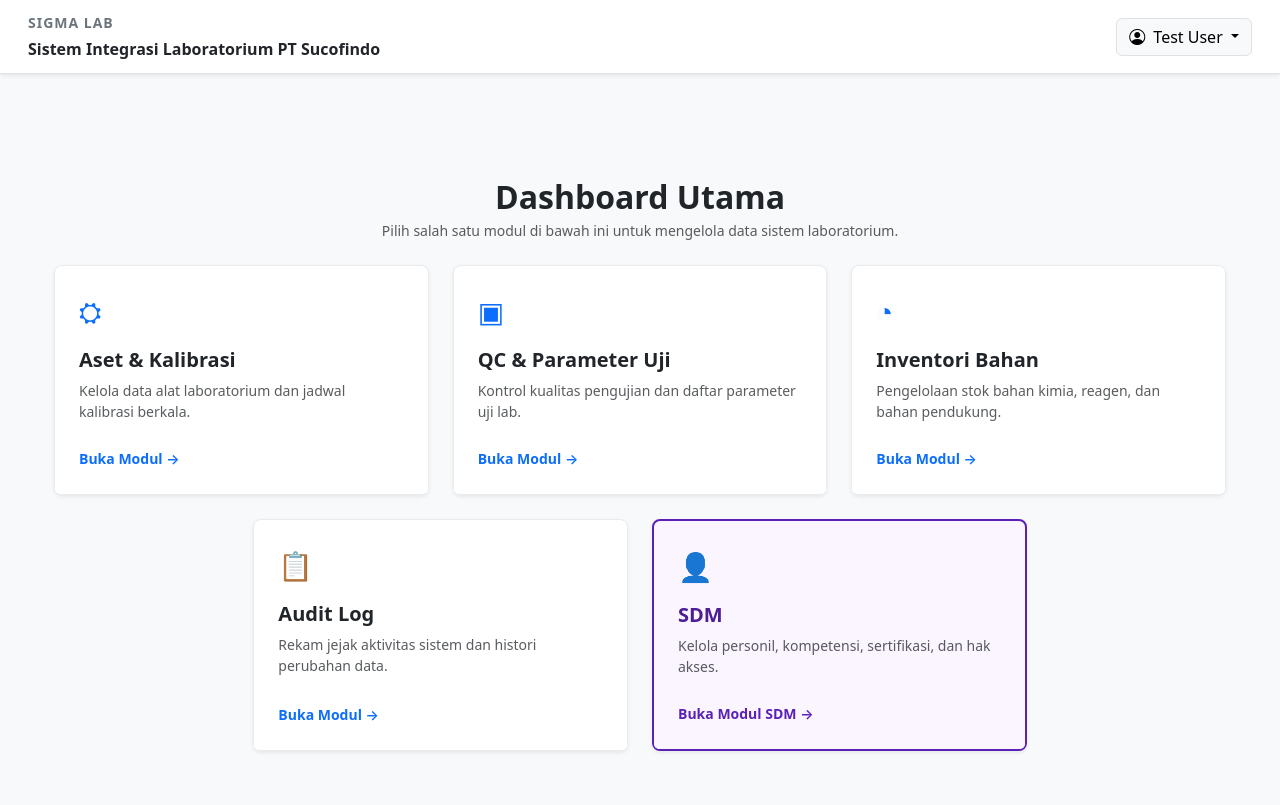
Repository: amelianeesa/sigmalab
Page: http://localhost/dashboard
These files come from the project's save history. The page is drawn as it stood at one moment and after the next save; the edit follows.
The browser window is 1280 px wide. The pictures show the whole page.
The page is served by the project's Laravel application, run on PHP 8.4 with Laravel 12. A made-up administrator, Test User (test@example.com), is signed in.

Above is the page before, as saved 2026-08-06 11:53:02.

After the next save:
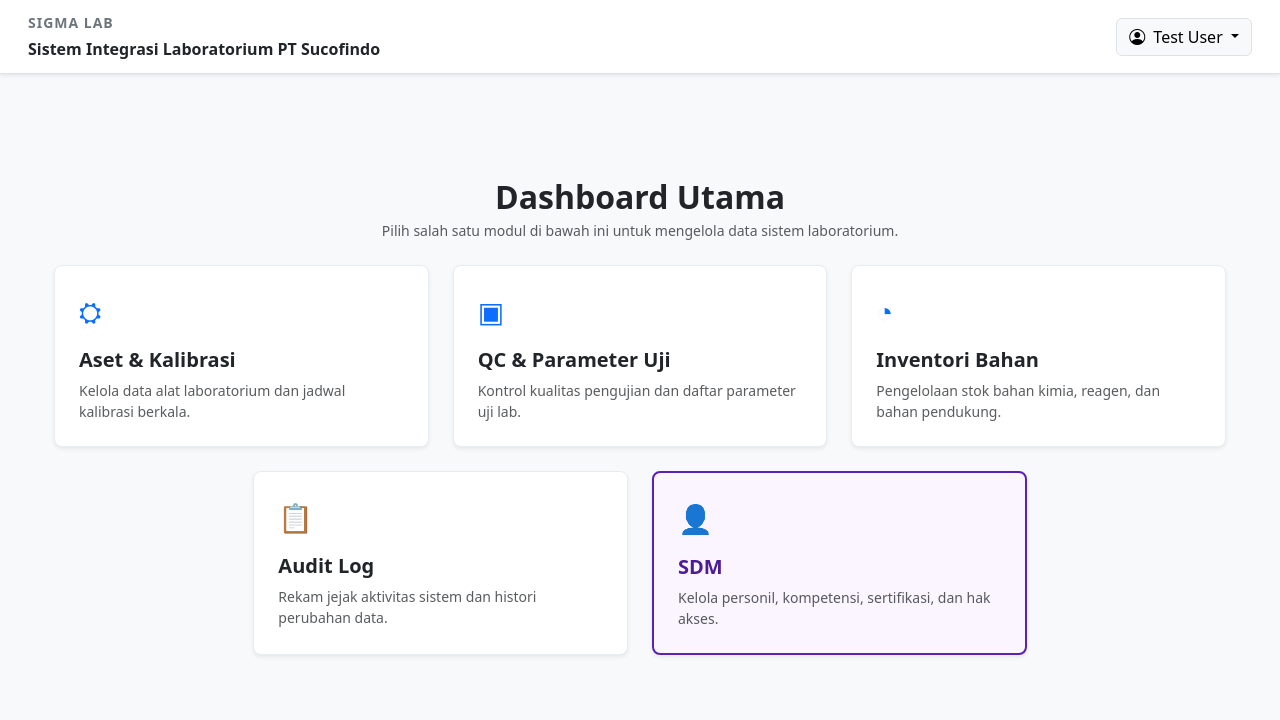
Saved 47 s later.
--- a/resources/views/dashboard-index.blade.php
+++ b/resources/views/dashboard-index.blade.php
@@ -3,13 +3,13 @@
 @section('content')
 <div class="container-fluid px-4 py-4">
 
-    <!-- Header opsional jika ingin disamakan -->
+    <!-- Header opsional -->
     <div class="mb-4 text-center">
         <h2 class="fw-bold mb-1">Dashboard Utama</h2>
         <p class="text-muted small">Pilih salah satu modul di bawah ini untuk mengelola data sistem laboratorium.</p>
     </div>
 
-    <!-- Modul Tiles (Grid 3 kolom agar rapi simetris) -->
+    <!-- Modul Tiles (Grid 3 kolom simetris) -->
     <div class="row g-4 justify-content-center">
 
         <!-- Aset & Kalibrasi -->
@@ -20,9 +20,6 @@
                         <div class="mb-3 module-icon text-primary">⛭</div>
                         <h5 class="fw-bold text-dark mb-2">Aset & Kalibrasi</h5>
                         <p class="text-muted small mb-0">Kelola data alat laboratorium dan jadwal kalibrasi berkala.</p>
-                    </div>
-                    <div class="card-footer bg-white border-0 pt-0 pb-4 px-4">
-                        <span class="text-primary small fw-semibold">Buka Modul &rarr;</span>
                     </div>
                 </div>
             </a>
@@ -37,9 +34,6 @@
                         <h5 class="fw-bold text-dark mb-2">QC & Parameter Uji</h5>
                         <p class="text-muted small mb-0">Kontrol kualitas pengujian dan daftar parameter uji lab.</p>
                     </div>
-                    <div class="card-footer bg-white border-0 pt-0 pb-4 px-4">
-                        <span class="text-primary small fw-semibold">Buka Modul &rarr;</span>
-                    </div>
                 </div>
             </a>
         </div>
@@ -52,9 +46,6 @@
                         <div class="mb-3 module-icon text-primary">◔</div>
                         <h5 class="fw-bold text-dark mb-2">Inventori Bahan</h5>
                         <p class="text-muted small mb-0">Pengelolaan stok bahan kimia, reagen, dan bahan pendukung.</p>
-                    </div>
-                    <div class="card-footer bg-white border-0 pt-0 pb-4 px-4">
-                        <span class="text-primary small fw-semibold">Buka Modul &rarr;</span>
                     </div>
                 </div>
             </a>
@@ -69,14 +60,11 @@
                         <h5 class="fw-bold text-dark mb-2">Audit Log</h5>
                         <p class="text-muted small mb-0">Rekam jejak aktivitas sistem dan histori perubahan data.</p>
                     </div>
-                    <div class="card-footer bg-white border-0 pt-0 pb-4 px-4">
-                        <span class="text-primary small fw-semibold">Buka Modul &rarr;</span>
-                    </div>
                 </div>
             </a>
         </div>
 
-        <!-- SDM Tile (Menu Utama: Ukurannya konsisten tapi diberi highlight warna ungu khusus) -->
+        <!-- SDM Tile (Menu Utama) -->
         <div class="col-12 col-sm-6 col-md-6 col-lg-4">
             <a href="{{ route('sdm.index') }}" class="text-decoration-none">
                 <div class="card h-100 shadow-sm rounded-3 border-2 transition-card" style="border-color:#5b21b6 !important; background-color: #faf5ff;">
@@ -84,9 +72,6 @@
                         <div class="mb-3 module-icon sdm-icon" style="color:#5b21b6;">👤</div>
                         <h5 class="fw-bold mb-2" style="color:#4c1d95;">SDM</h5>
                         <p class="text-muted small mb-0">Kelola personil, kompetensi, sertifikasi, dan hak akses.</p>
-                    </div>
-                    <div class="card-footer border-0 pt-0 pb-4 px-4" style="background-color: #faf5ff;">
-                        <span class="small fw-semibold" style="color:#5b21b6;">Buka Modul SDM &rarr;</span>
                     </div>
                 </div>
             </a>
@@ -96,7 +81,7 @@
 
 </div>
 
-<!-- Tambahan CSS untuk efek transisi card -->
+<!-- CSS tambahan untuk efek transisi -->
 <style>
     .transition-card {
         transition: transform 0.2s ease, box-shadow 0.2s ease;
